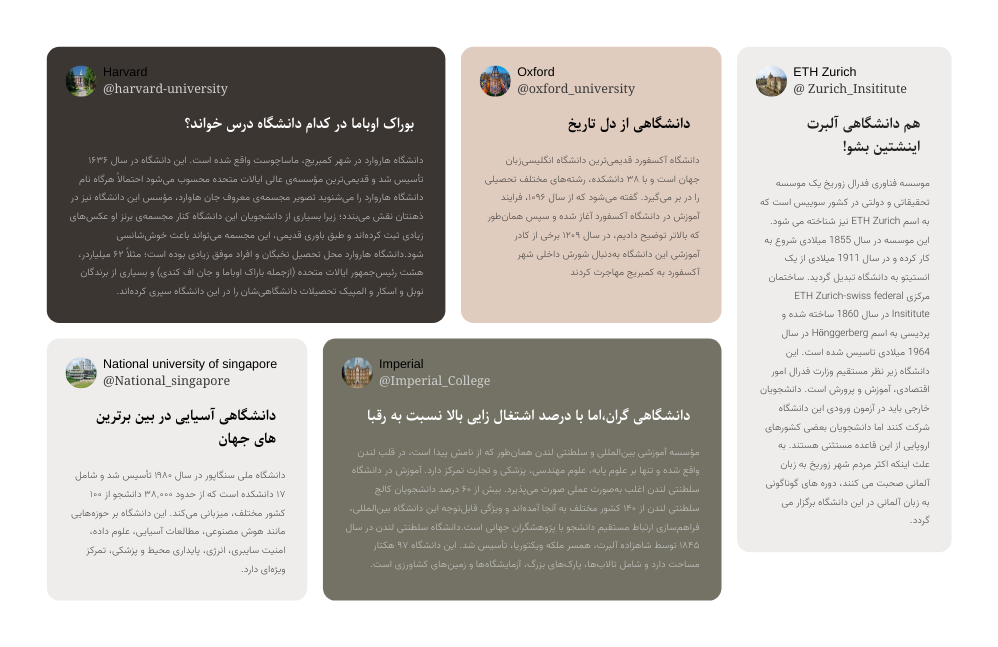
Repository: rahanwz/cards
Page: cards.html
The author's editor kept a copy of each file at every save. The page is drawn from the files as they stood at one save, then again after the next save.
The browser window is 1280 px wide. The pictures show the whole page, at 78% of full size.

Above is the page before, as saved 2024-02-17 17:37:21.

### cards.html
<!DOCTYPE html>
<html lang="en">
  <head>
    <meta charset="UTF-8" />
    <meta name="viewport" content="width=device-width, initial-scale=1.0" />
    <title>Document</title>
    <link rel="stylesheet" href="cards.css" />
  </head>
  <body>
    <div class="container">
      <div class="boxcard1">
        <div class="cardcontainer big-card">
          <div class="card1">
            <div class="head">
              <div class="profile">
                <div class="profilecontaner">
                  <img
                    src="harvard-university-6591e0b9df73096be8d614ee.webp"
                    alt=""
                  />
                </div>
              </div>

              <div>
                <div class="user">Harvard</div>
                <div class="id" style="color: #d0d0d0">@harvard-university</div>
              </div>
            </div>
            <div class="descrip1" style="color: #ffffff">
              بوراک اوباما در کدام دانشگاه درس خواند؟
            </div>
            <div class="descrip2" style="color: #d0d0d0">
              دانشگاه هاروارد در شهر کمبریج، ماساچوست واقع شده است. این دانشگاه
              در سال ۱۶۳۶ تأسیس شد و قدیمی‌ترین مؤسسه‌ی عالی ایالات متحده محسوب
              می‌شود احتمالاً هرگاه نام دانشگاه هاروارد را می‌شنوید تصویر
              مجسمه‌ی معروف جان هاوارد، مؤسس این دانشگاه نیز در ذهنتان نقش
              می‌بندد؛ زیرا بسیاری از دانشجویان این دانشگاه کنار مجسمه‌ی برنز او
              عکس‌های زیادی ثبت کرده‌اند و طبق باوری قدیمی، این مجسمه می‌تواند
              باعث خوش‌شانسی شود.دانشگاه هاروارد محل تحصیل نخبگان و افراد موفق
              زیادی بوده است؛ مثلاً ۶۲ میلیاردر، هشت‌ رئیس‌جمهور ایالات متحده
              (ازجمله باراک اوباما و جان اف کندی) و بسیاری از برندگان نوبل و
              اسکار و المپیک تحصیلات دانشگاهی‌شان را در این دانشگاه سپری
              کرده‌اند.
            </div>
          </div>
        </div>

        <div class="cardcontainer small-card">
          <div class="card2">
            <div class="head">
              <div class="profile">
                <div class="profilecontaner">
                  <img
                    src="oxford-university-jpg-6591b422df73096be8d6145c.webp"
                    alt=""
                  />
                </div>
              </div>
              <div>
                <div class="user">Oxford</div>
                <div class="id" style="color: #393939">@oxford_university</div>
              </div>
            </div>
            <div class="descrip1">دانشگاهی از دل تاریخ</div>
            <div class="descrip2" style="color: #393939">
              دانشگاه آکسفورد قدیمی‌ترین دانشگاه انگلیسی‌زبان جهان است و با ۳۸
              دانشکده، رشته‌های مختلف تحصیلی را در بر می‌گیرد. گفته می‌شود که از
              سال ۱۰۹۶، فرایند آموزش در دانشگاه آکسفورد آغاز شده و سپس همان‌طور
              که بالاتر توضیح دادیم، در سال ۱۲۰۹ برخی از کادر آموزشی این دانشگاه
              به‌دنبال شورش داخلی شهر آکسفورد به کمبریج مهاجرت کردند
            </div>
          </div>
        </div>

        <div class="cardcontainer small-card">
          <div class="card3">
            <div class="head">
              <div class="profile">
                <div class="profilecontaner">
                  <img src="nus-6591f1acdf73096be8d61515.webp" alt="" />
                </div>
              </div>

              <div>
                <div class="user">National university of singapore</div>
                <div class="id" style="color: #393939">@National_singapore</div>
              </div>
            </div>
            <div class="descrip1">دانشگاهی آسیایی در بین برترین های جهان</div>
            <div class="descrip2" style="color: #393939">
              دانشگاه ملی سنگاپور در سال ۱۹۸۰ تأسیس شد و شامل ۱۷ دانشکده‌ است که
              از حدود ۳۸٬۰۰۰ دانشجو از ۱۰۰ کشور مختلف، میزبانی می‌کند. این
              دانشگاه بر حوزه‌هایی مانند هوش مصنوعی، مطالعات آسیایی، علوم داده،
              امنیت سایبری، انرژی، پایداری محیط و پزشکی، تمرکز ویژه‌ای دارد.
            </div>
          </div>
        </div>
        <div class="cardcontainer big-card">
          <div class="card4">
            <div class="head">
              <div class="profile">
                <div class="profilecontaner">
                  <img
                    src="imperial-college-london-6591e911df73096be8d614fb.webp"
                    alt=""
                  />
                </div>
              </div>

              <div>
                <div class="user">Imperial</div>
                <div class="id" style="color: #cfcfcf">@Imperial_College</div>
              </div>
            </div>
            <div class="descrip1" style="color: #ffffff">
              دانشگاهی گران،اما با درصد اشتغال زایی بالا نسبت به رقبا
            </div>
            <div class="descrip2" style="color: #cfcfcf">
              مؤسسه آموزشی بین‌المللی و سلطنتی لندن همان‌طور که از نامش پیدا
              است، در قلب لندن واقع شده و تنها بر علوم پایه، علوم مهندسی، پزشکی
              و تجارت تمرکز دارد. آموزش در دانشگاه سلطنتی لندن اغلب به‌صورت عملی
              صورت می‌پذیرد. بیش از ۶۰ درصد دانشجویان کالج سلطنتی لندن از ۱۴۰
              کشور مختلف به آنجا آمده‌اند و ویژگی قابل‌توجه این دانشگاه
              بین‌المللی، فراهم‌سازی ارتباط مستقیم دانشجو با پژوهشگران جهانی
              است.دانشگاه سلطنتی لندن در سال ۱۸۴۵ توسط شاهزاده آلبرت، همسر ملکه
              ویکتوریا، تأسیس شد. این دانشگاه ۹۷ هکتار مساحت دارد و شامل
              تالاب‌ها، پارک‌های بزرگ، آزمایشگاه‌ها و زمین‌های کشاورزی است.
            </div>
          </div>
        </div>
      </div>
      <div class="boxcard2">
        <div class="cardcontainer">
          <div class="card5">
            <div class="head">
              <div class="profile">
                <div class="profilecontaner">
                  <img src="zurich-eth-6591f083df73096be8d6150c.webp" alt="" />
                </div>
              </div>

              <div>
                <div class="user">ETH Zurich</div>
                <div class="id" style="color: #393939">@ Zurich_Insititute</div>
              </div>
            </div>
            <div class="descrip1" style="color: #202020">
              هم دانشگاهی آلبرت اینشتین بشو!
            </div>
            <div class="descrip2" style="color: #393939">
              موسسه فناوری فدرال زوریخ یک موسسه تحقیقاتی و دولتی در کشور سوییس
              است که به اسم ETH Zurich نیز شناخته می شود. این موسسه در سال 1855
              میلادی شروع به کار کرده و در سال 1911 میلادی از یک انستیتو به
              دانشگاه تبدیل گردید. ساختمان مرکزی ETH Zurich-swiss federal
              Insititute در سال 1860 ساخته شده و پردیسی به اسم Hönggerberg در
              سال 1964 میلادی تاسیس شده است. این دانشگاه زیر نظر مستقیم وزارت
              فدرال امور اقتصادی، آموزش و پرورش است. دانشجویان خارجی باید در
              آزمون ورودی این دانشگاه شرکت کنند اما دانشجویان بعضی کشورهای
              اروپایی از این قاعده مستثنی هستند. به علت اینکه اکثر مردم شهر
              زوریخ به زبان آلمانی صحبت می کنند، دوره های گوناگونی به زبان
              آلمانی در این دانشگاه برگزار می گردد.
            </div>
          </div>
        </div>
      </div>
    </div>
  </body>
</html>

### cards.css
* {
  padding: 0;
  margin: 0;
  box-sizing: border-box;
}

.container {
  display: flex;
  flex-direction: column;
  width: 100%;
  height: auto;
  padding: 3rem 2.5rem;
}

.head {
  display: flex;
}

.cardcontainer {
  width: 100%;
  padding: 10px;
}

.card1 {
  background-color: #3c3633;
  padding: 1.5rem;
  border-radius: 1rem;
}
.profile img {
  width: 40px;
  height: 40px;
  margin-right: 0.5rem;
  border-radius: 50%;
}

.descrip {
  padding-top: 1.5rem;
}

.card2 {
  background-color: #e0ccbe;
  padding: 1.5rem;
  border-radius: 1rem;
}
.card3 {
  background-color: #eeedeb;
  padding: 1.5rem;
  border-radius: 1rem;
}
.card4 {
  padding: 1.5rem;
  border-radius: 1rem;
  background-color: #747264;
}

.card5 {
  background-color: #eeedeb;
  padding: 1.5rem;
  border-radius: 1rem;
}

@media (min-width: 1024px) {
  .container {
    flex-direction: row;
    padding: 50px;
    height: 100%;
  }

  .boxcard1 {
    display: flex;
    width: 75%;
    height: 20%;
    flex-wrap: wrap;
  }

  .boxcard2 {
    width: 25%;
    height: 65%;
  }

  .big-card {
    width: 60%;
  }
  .small-card {
    width: 40%;
  }
  .card1,
  .card2,
  .card3,
  .card4,
  .card5 {
    height: 100%;
  }
}
.descrip1,
.descrip2 {
  direction: rtl;
}

.descrip1 {
  font-size: 1.1rem;
  padding: 1rem;
  font-family: titr;
}

.descrip2 {
  padding: 0.25rem;
  font-size: 0.8rem;
  line-height: 1.5rem;
  font-family: des;
}
.user {
  font-family: "Franklin Gothic Medium", "Arial Narrow", Arial, sans-serif;
}
.id {
  font-family: Cambria, Cochin, Georgia, Times, "Times New Roman", serif;
}

@font-face {
  font-family: titr;
  src: url(font/Parastoo-Bold-FD-WOL.woff);
}

@font-face {
  font-family: des;
  src: url(font/Vazir-Thin.woff2);
}

After the next save:
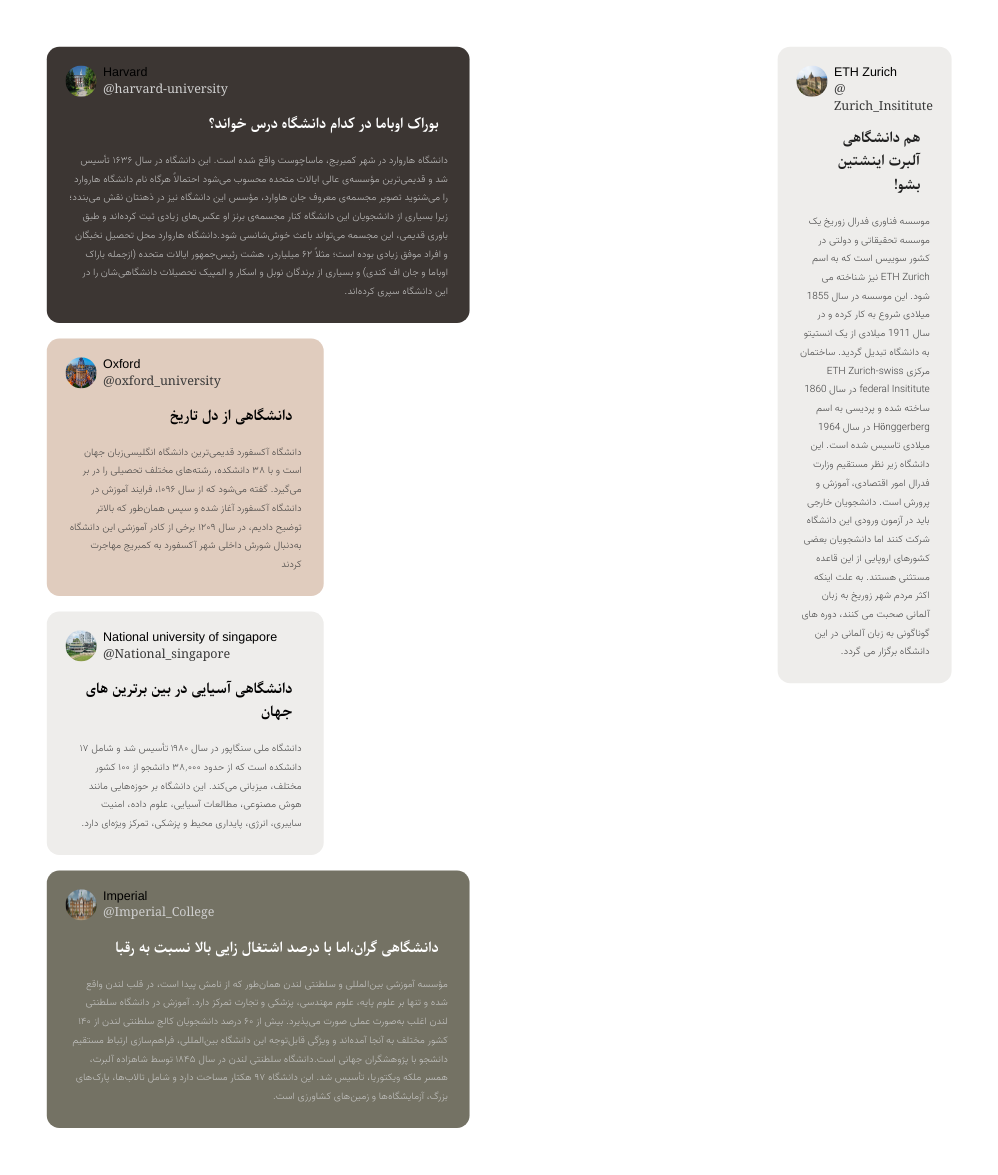
Saved 4 h 42 min later.
--- a/cards.css
+++ b/cards.css
@@ -65,7 +65,7 @@
     padding: 50px;
     height: 100%;
   }
-
+bod
   .boxcard1 {
     display: flex;
     width: 75%;

After the 2 saves that followed:
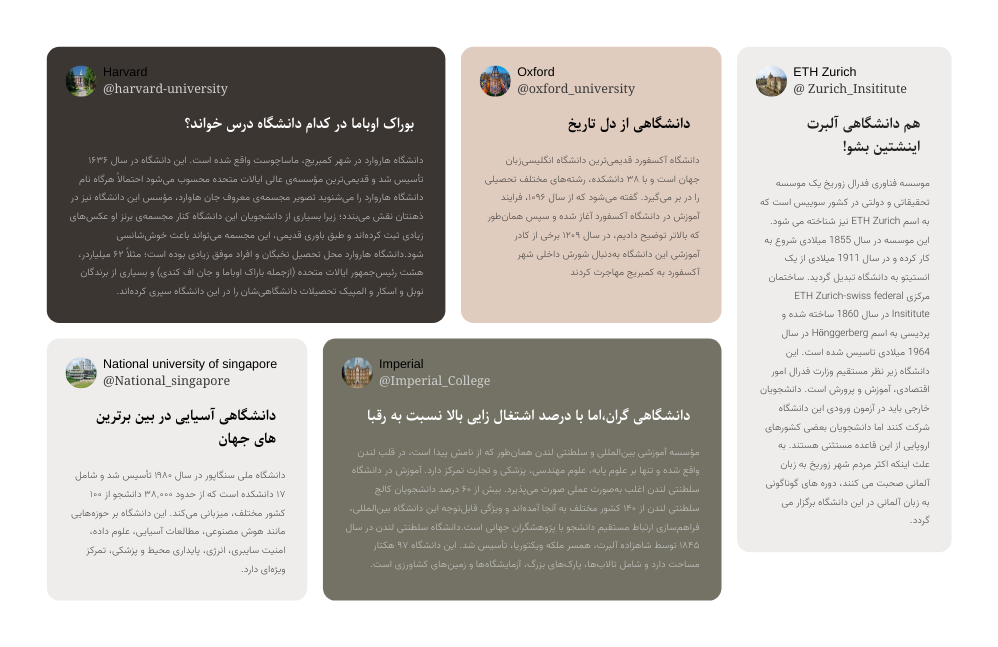
The 2 saves are shown as one change because they came seconds apart.
The last was saved 7 s later.
--- a/cards.css
+++ b/cards.css
@@ -65,7 +65,9 @@
     padding: 50px;
     height: 100%;
   }
-bod
+body{
+  wi
+}
   .boxcard1 {
     display: flex;
     width: 75%;
